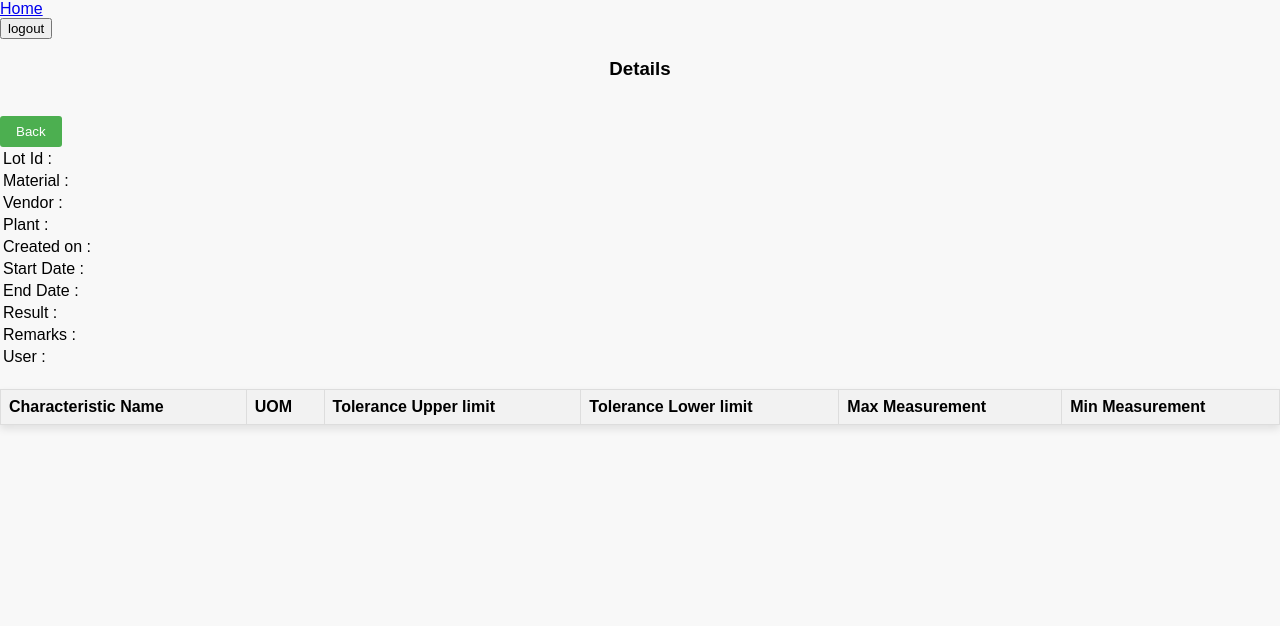
Repository: SJagadesh123/material-inspection01
Page: http://localhost/material_inspection/views/view-details.jsp
These files come from the project's save history. The page is drawn as it stood at one moment and after the next save; the edit follows.
The browser window is 1280 px wide. The pictures show the whole page.
The page is served by Tomcat 10. The template is opened directly, without the code that normally fills it, so the values that code supplies are empty.

Above is the page before, as saved 2024-02-11 08:12:46.
Not found: material inspection/material_inspection/css/header.css

After the next save:
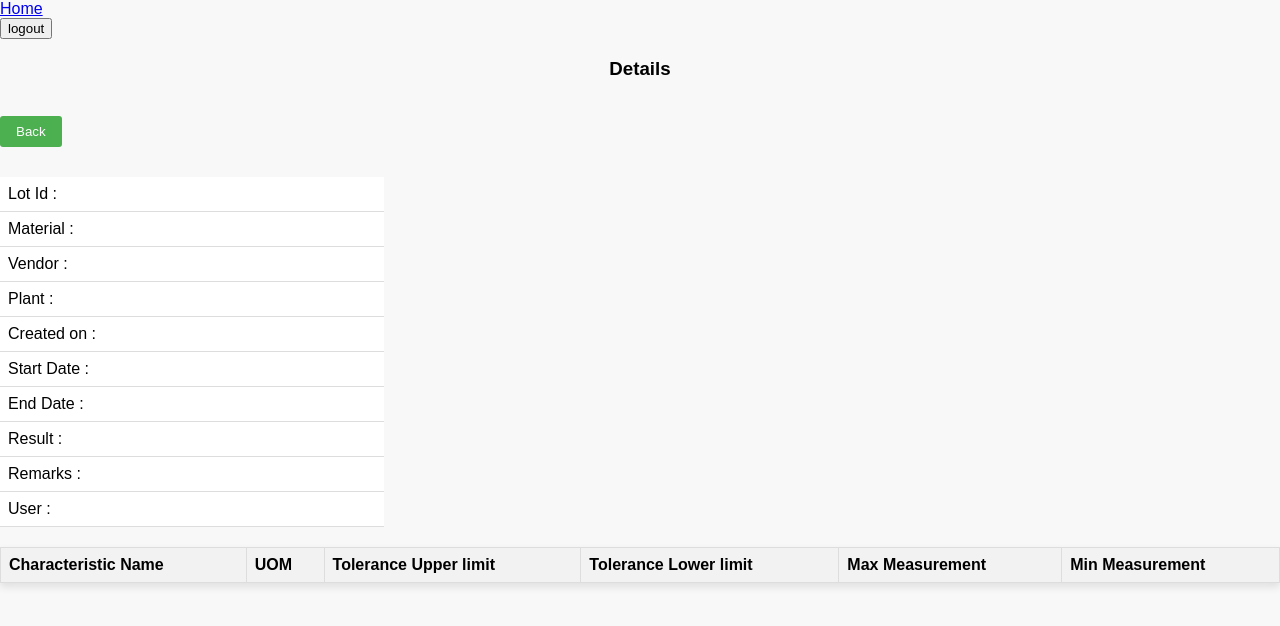
Saved 2 min 47 s later.
--- a/material inspection/material_inspection/src/main/webapp/views/view-details.jsp
+++ b/material inspection/material_inspection/src/main/webapp/views/view-details.jsp
@@ -39,7 +39,7 @@ h3 {
 		onclick="window.location.href='/material-inspection/inspection/results'">
 
 
-	<table>
+	<table class="inspection-table">
 		<tr>
 			<td>Lot Id :</td>
 			<td>${inspection.inspectionLotId}</td>
